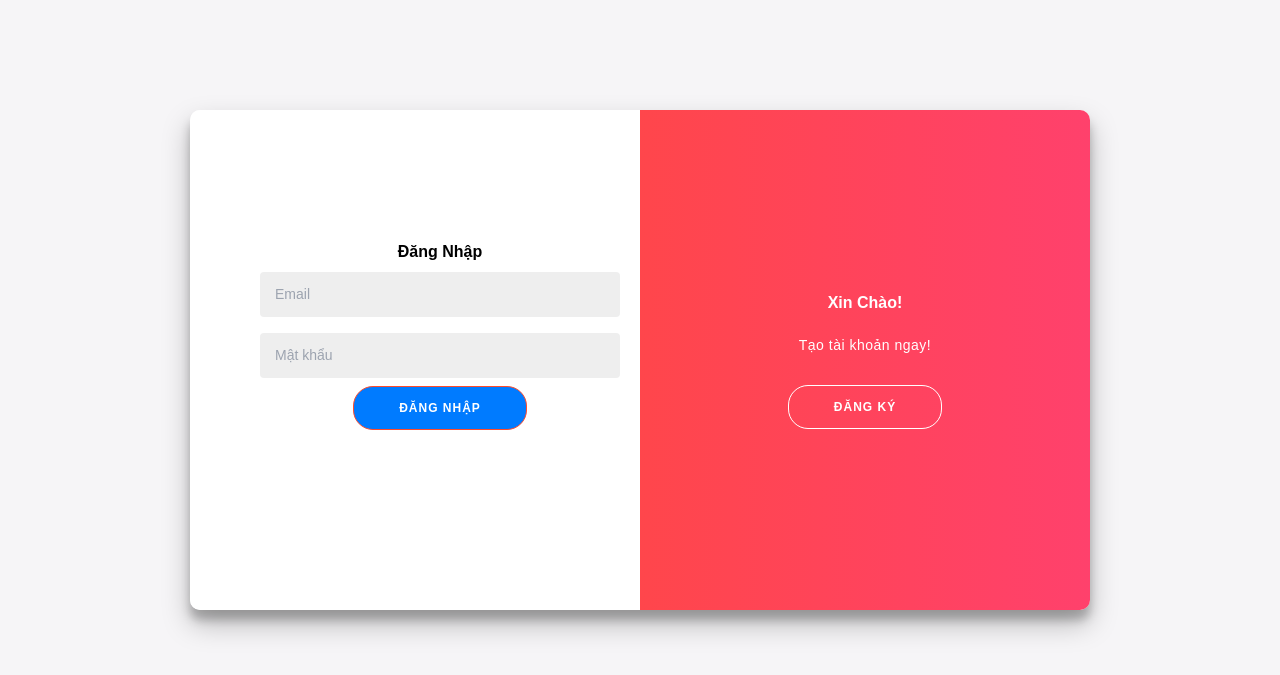
Repository: BlackWolf2002/project_airbn_react
Page: /admin/bookings
An editor plug-in stored every save of this project. The page is shown before and after the next save, followed by the edit.
The browser window is 1280 px wide. The pictures show the whole page.
The project was rebuilt for these pictures with package versions that can differ from the ones it lists, and the page was loaded fresh each time. Also part of the build but not shown: vite.config.js, src/api/apiService.js, src/style/Home.css, src/components/Navbar.jsx, src/style/Footer.css, src/components/Footer.jsx, src/components/Home.jsx, src/style/Admin.css and 17 more.

Above is the page before, as saved 2025-02-16 19:21:45.

### src/App.jsx
import React from "react";
import {
    BrowserRouter as Router,
    Route,
    Routes,
    Navigate,
} from "react-router-dom";
import { AuthProvider } from "./contexts/AuthContext";
import Home from "./components/Home";
import Login from "./pages/Login";
import AdminPage from "./pages/AdminPage";
import AdminRoute from "./routes/AdminRoute";
import RoomManagement from "./pages/RoomManagement";
import ViTri from "./pages/ViTri";
import BookingManagement from "./pages/BookingManagement";

function App() {
    return (
        <AuthProvider>
            <Router>
                <Routes>
                    <Route path="/" element={<Home />} />
                    <Route path="/login" element={<Login />} />
                    <Route path="/register" element={<Login />} />

                    {/* Nếu vào /admin, tự động chuyển hướng đến /admin/users */}
                    <Route
                        path="/admin"
                        element={<Navigate to="/admin/users" />}
                    />

                    {/* Route cho trang Admin */}
                    <Route
                        path="/admin/users"
                        element={
                            <AdminRoute>
                                <AdminPage />
                            </AdminRoute>
                        }
                    />

                    {/* Route cho quản lý Room */}
                    <Route
                        path="/admin/rooms"
                        element={
                            <AdminRoute>
                                <RoomManagement />
                            </AdminRoute>
                        }
                    />

                    {/* Route cho quản lý Vị Trí*/}
                    <Route
                        path="/admin/locations"
                        element={
                            <AdminRoute>
                                <ViTri />
                            </AdminRoute>
                        }
                    />

                    {/* Route cho quản lý Booking*/}
                    <Route
                        path="/admin/bookings"
                        element={
                            <AdminRoute>
                                <BookingManagement />
                            </AdminRoute>
                        }
                    />
                </Routes>
            </Router>
        </AuthProvider>
    );
}

export default App;

### src/contexts/AuthContext.jsx
import React, { createContext, useState, useEffect } from "react";

export const AuthContext = createContext();

export const AuthProvider = ({ children }) => {
    const [user, setUser] = useState(null);

    useEffect(() => {
        try {
            const storedUser = localStorage.getItem("user");
            if (storedUser) {
                setUser(JSON.parse(storedUser)); // Kiểm tra JSON trước khi parse
            }
        } catch (error) {
            console.error("Lỗi parse JSON:", error);
            localStorage.removeItem("user"); // Xóa dữ liệu lỗi
        }
    }, []);

    const loginUser = (userData) => {
        setUser(userData);
        localStorage.setItem("user", JSON.stringify(userData));
    };

    const logoutUser = () => {
        setUser(null);
        localStorage.removeItem("user");
        localStorage.removeItem("token");
    };

    return (
        <AuthContext.Provider value={{ user, loginUser, logoutUser }}>
            {children}
        </AuthContext.Provider>
    );
};

### src/pages/Login.jsx
import React, { useState, useContext } from "react";
import { AuthContext } from "../contexts/AuthContext";
import { login, register } from "../api/authService";
import { useNavigate } from "react-router-dom";
import "../style/Login.css";

const Login = () => {
    const { loginUser } = useContext(AuthContext);
    const navigate = useNavigate();
    const [formData, setFormData] = useState({ email: "", password: "" });
    const [isLogin, setIsLogin] = useState(true);
    const [message, setMessage] = useState("");

    const handleChange = (e) => {
        setFormData({ ...formData, [e.target.name]: e.target.value });
    };

    const handleSubmit = async (e) => {
        e.preventDefault();
        try {
            if (isLogin) {
                const data = await login(formData.email, formData.password);

                if (!data || !data.user) {
                    setMessage("Email hoặc mật khẩu không đúng!");
                    return;
                }

                // Lưu thông tin người dùng vào localStorage
                loginUser(data.user);
                localStorage.setItem("token", data.token);
                localStorage.setItem("user", JSON.stringify(data.user));

                // Nếu user là Admin, chuyển đến trang Admin
                if (data.user.role === "ADMIN") {
                    navigate("/admin");
                } else {
                    navigate("/");
                }
            } else {
                await register(formData);
                setMessage("Đăng ký thành công! Hãy đăng nhập.");
                setIsLogin(true);
            }
        } catch (error) {
            console.error("Lỗi API:", error);
            setMessage("Có lỗi xảy ra! Vui lòng thử lại.");
        }
    };

    return (
        <div
            className={`container-login ${isLogin ? "" : "right-panel-active"}`}
        >
            <div className="form-container sign-in-container">
                <form onSubmit={handleSubmit}>
                    <h1>Đăng Nhập</h1>
                    <input
                        type="email"
                        name="email"
                        placeholder="Email"
                        onChange={handleChange}
                        required
                    />
                    <input
                        type="password"
                        name="password"
                        placeholder="Mật khẩu"
                        onChange={handleChange}
                        required
                    />
                    <button type="submit">Đăng Nhập</button>
                    <p className="message">{message}</p>
                </form>
            </div>

            <div className="form-container sign-up-container">
                <form onSubmit={handleSubmit}>
                    <h1>Đăng Ký</h1>
                    <input
                        type="text"
                        name="name"
                        placeholder="Tên"
                        onChange={handleChange}
                        required
                    />
                    <input
                        type="email"
                        name="email"
                        placeholder="Email"
                        onChange={handleChange}
                        required
                    />
                    <input
                        type="password"
                        name="password"
                        placeholder="Mật khẩu"
                        onChange={handleChange}
                        required
                    />
                    <button type="submit">Đăng Ký</button>
                    <p className="message">{message}</p>
                </form>
            </div>

            <div className="overlay-container">
                <div className="overlay">
                    <div className="overlay-panel overlay-left">
                        <h1>Chào Mừng Trở Lại!</h1>
                        <p>Để tiếp tục, hãy đăng nhập</p>
                        <button
                            className="ghost"
                            onClick={() => setIsLogin(true)}
                        >
                            Đăng Nhập
                        </button>
                    </div>
                    <div className="overlay-panel overlay-right">
                        <h1>Xin Chào!</h1>
                        <p>Tạo tài khoản ngay!</p>
                        <button
                            className="ghost"
                            onClick={() => setIsLogin(false)}
                        >
                            Đăng Ký
                        </button>
                    </div>
                </div>
            </div>
        </div>
    );
};

export default Login;

### src/routes/AdminRoute.jsx
import React, { useContext, useEffect, useState } from "react";
import { Navigate } from "react-router-dom";
import { AuthContext } from "../contexts/AuthContext";

const AdminRoute = ({ children }) => {
    const { user, loginUser } = useContext(AuthContext);
    const [isLoading, setIsLoading] = useState(true);

    useEffect(() => {
        const storedUser = localStorage.getItem("user");
        if (storedUser) {
            loginUser(JSON.parse(storedUser)); // Cập nhật user vào context
        }
        setIsLoading(false);
    }, [loginUser]);

    if (isLoading) return <div>Loading...</div>;

    if (!user || user.role !== "ADMIN") {
        return <Navigate to="/login" replace />;
    }

    return children;
};

export default AdminRoute;

### src/api/authService.js
import axios from "axios";

const API_URL = "https://airbnbnew.cybersoft.edu.vn/api/auth";
const TOKEN_CYBERSOFT =
    "eyJhbGciOiJIUzI1NiIsInR5cCI6IkpXVCJ9.eyJ0ZW5Mb3AiOiJOb2RlanMgNDgiLCJIZXRIYW5TdHJpbmciOiIxNi8wOC8yMDI1IiwiSGV0SGFuVGltZSI6IjE3NTUzMDI0MDAwMDAiLCJuYmYiOjE3MzU5MjM2MDAsImV4cCI6MTc1NTQ1MDAwMH0.qhz1imNFTn5VsERO5GZAfbkm944w0Vguuy5WQFo_d0Y";

// Hàm đăng nhập
export const login = async (email, password) => {
    try {
        const response = await axios.post(
            "https://airbnbnew.cybersoft.edu.vn/api/auth/signin",
            { email, password },
            {
                headers: {
                    "Content-Type": "application/json",
                    TokenCybersoft: TOKEN_CYBERSOFT,
                },
            }
        );

        if (response.data && response.data.content) {
            const { token, user } = response.data.content;

            localStorage.removeItem("token"); // Chỉ xóa token cũ
            localStorage.setItem("token", token);
            localStorage.setItem("user", JSON.stringify(user));

            console.log("✅ Token mới đã được lưu:", token);
            return { token, user };
        } else {
            throw new Error("Đăng nhập thất bại.");
        }
    } catch (error) {
        console.error("❌ Lỗi đăng nhập:", error);
        throw error.response ? error.response.data : error;
    }
};

// Hàm đăng ký
export const register = async (userData) => {
    try {
        const response = await axios.post(`${API_URL}/signup`, userData, {
            headers: {
                "Content-Type": "application/json",
                TokenCybersoft: TOKEN_CYBERSOFT,
            },
        });

        return response.data;
    } catch (error) {
        console.error("Lỗi đăng ký:", error);
        throw error.response ? error.response.data : error;
    }
};

### src/style/Login.css
/* Reset mặc định */
* {
    box-sizing: border-box;
    margin: 0;
    padding: 0;
    font-family: "Montserrat", sans-serif;
}

body {
    display: flex;
    justify-content: center;
    align-items: center;
    height: 100vh;
    background-color: #f6f5f7;
}

.container-login {
    background-color: #fff;
    border-radius: 10px;
    box-shadow: 0 14px 28px rgba(0, 0, 0, 0.25), 0 10px 10px rgba(0, 0, 0, 0.22);
    position: absolute;
    top: 50%;
    left: 50%;
    transform: translate(-50%, -50%);
    max-width: 900px;
    width: 100%;
    min-height: 500px;
    display: flex;
    flex-direction: row;
    justify-content: center;
    align-items: center;
    overflow: hidden;
}

.container-login h1 {
    font-weight: bold;
    margin: 0;
}

.container-login p {
    font-size: 14px;
    font-weight: 100;
    line-height: 20px;
    letter-spacing: 0.5px;
    margin: 20px 0 30px;
}

.container-login button {
    border-radius: 20px;
    border: 1px solid #ff4b2b;
    background-color: #ff4b2b;
    color: #ffffff;
    font-size: 12px;
    font-weight: bold;
    padding: 12px 45px;
    letter-spacing: 1px;
    text-transform: uppercase;
    transition: transform 80ms ease-in;
    cursor: pointer;
}

.container-login button:active {
    transform: scale(0.95);
}

.container-login button.ghost {
    background-color: transparent;
    border-color: #ffffff;
}

.container-login form {
    background-color: #ffffff;
    display: flex;
    align-items: center;
    justify-content: center;
    flex-direction: column;
    padding: 0 50px;
    height: 100%;
    text-align: center;
}

.container-login input {
    background-color: #eee;
    border: none;
    padding: 12px 15px;
    margin: 8px 0;
    width: 100%;
}

.form-container {
    position: absolute;
    top: 0;
    height: 100%;
    width: 50%;
    transition: transform 0.6s ease-in-out, opacity 0.6s ease-in-out;
}

.sign-in-container {
    left: 0;
    z-index: 2;
}

.sign-up-container {
    left: 50%;
    opacity: 0;
    z-index: 1;
}

.container-login.right-panel-active .sign-in-container {
    transform: translateX(100%);
    opacity: 0;
    z-index: 1;
}

.container-login.right-panel-active .sign-up-container {
    transform: translateX(-50%);
    opacity: 1;
    z-index: 5;
}

.overlay-container {
    position: absolute;
    top: 0;
    left: 50%;
    width: 50%;
    height: 100%;
    overflow: hidden;
    transition: transform 0.6s ease-in-out;
    z-index: 100;
}

.container-login.right-panel-active .overlay-container {
    transform: translateX(-100%);
}

.overlay {
    background: linear-gradient(to right, #ff4b2b, #ff416c);
    color: #ffffff;
    position: relative;
    left: -100%;
    height: 100%;
    width: 200%;
    transform: translateX(0);
    transition: transform 0.6s ease-in-out;
}

.container-login.right-panel-active .overlay {
    transform: translateX(50%);
}

.overlay-panel {
    position: absolute;
    display: flex;
    align-items: center;
    justify-content: center;
    flex-direction: column;
    padding: 0 40px;
    text-align: center;
    top: 0;
    height: 100%;
    width: 50%;
    transform: translateX(0);
    transition: transform 0.6s ease-in-out;
}

.overlay-left {
    transform: translateX(-20%);
}

.container-login.right-panel-active .overlay-left {
    transform: translateX(0);
}

.overlay-right {
    right: 0;
    transform: translateX(0);
}

.container-login.right-panel-active .overlay-right {
    transform: translateX(20%);
}

.container-login .social-container {
    margin: 20px 0;
}

### src/style/RoomForm.css
.form-overlay {
    position: fixed;
    top: 0;
    left: 0;
    width: 100%;
    height: 100%;
    background: rgba(0, 0, 0, 0.5);
    display: flex;
    justify-content: center;
    align-items: center;
    z-index: 1000;
}

.form-container {
    background: #fff;
    border-radius: 8px;
    width: 500px;
    max-width: 90%;
    padding: 20px;
    box-shadow: 0 4px 6px rgba(0, 0, 0, 0.1);
    animation: fadeIn 0.3s ease-in-out;
}

@keyframes fadeIn {
    from {
        opacity: 0;
        transform: translateY(-20px);
    }
    to {
        opacity: 1;
        transform: translateY(0);
    }
}

h2 {
    margin-bottom: 20px;
    font-size: 20px;
    font-weight: bold;
    color: #333;
    text-align: center;
}

form label {
    display: block;
    font-weight: bold;
    margin-bottom: 5px;
    color: #555;
}

form input,
form select,
form textarea {
    width: 100%;
    padding: 8px 10px;
    margin-bottom: 15px;
    border: 1px solid #ddd;
    border-radius: 4px;
    font-size: 14px;
}

form input[type="file"] {
    border: none;
}

form textarea {
    resize: none;
    height: 80px;
}

form .checkbox-group {
    display: grid;
    grid-template-columns: repeat(2, 1fr);
    gap: 10px;
    margin-bottom: 15px;
}

form .checkbox-group label {
    display: flex;
    align-items: center;
    font-size: 14px;
    gap: 5px;
    font-weight: normal;
}

.form-actions {
    display: flex;
    justify-content: space-between;
    margin-top: 20px;
}

form button {
    padding: 10px 20px;
    font-size: 14px;
    border: none;
    border-radius: 4px;
    cursor: pointer;
    transition: background 0.3s;
}

form button[type="submit"] {
    background: #007bff;
    color: white;
}

form button[type="button"] {
    background: #e0e0e0;
    color: #555;
}

form button[type="submit"]:hover {
    background: #0056b3;
}

form button[type="button"]:hover {
    background: #d6d6d6;
}

### tailwind.config.js
/** @type {import('tailwindcss').Config} */
export default {
  content: ["./src/**/*.{js,jsx,ts,tsx}"],
  theme: {
      extend: {},
  },
  plugins: [],
};

Loaded but not shown: index.html (common file); src/main.jsx (common file); src/index.css (common file)

After the next save:
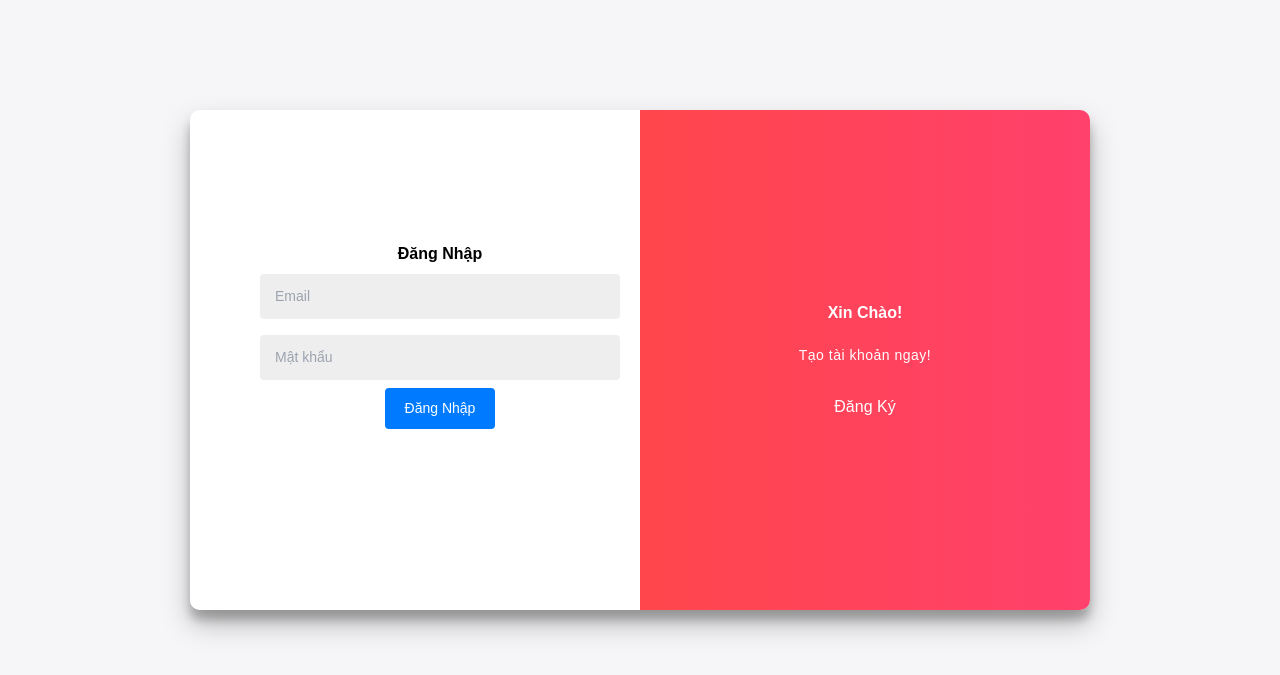
Saved 6 s later.
--- a/src/style/Login.css
+++ b/src/style/Login.css
@@ -45,18 +45,17 @@ body {
     margin: 20px 0 30px;
 }
 
-.container-login button {
-    border-radius: 20px;
-    border: 1px solid #ff4b2b;
-    background-color: #ff4b2b;
-    color: #ffffff;
-    font-size: 12px;
-    font-weight: bold;
-    padding: 12px 45px;
-    letter-spacing: 1px;
-    text-transform: uppercase;
-    transition: transform 80ms ease-in;
-    cursor: pointer;
+.container-login {
+    display: flex;
+    flex-direction: row;
+    justify-content: center;
+    align-items: center;
+    width: 900px;
+    height: 500px;
+    position: absolute;
+    top: 50%;
+    left: 50%;
+    transform: translate(-50%, -50%);
 }
 
 .container-login button:active {
